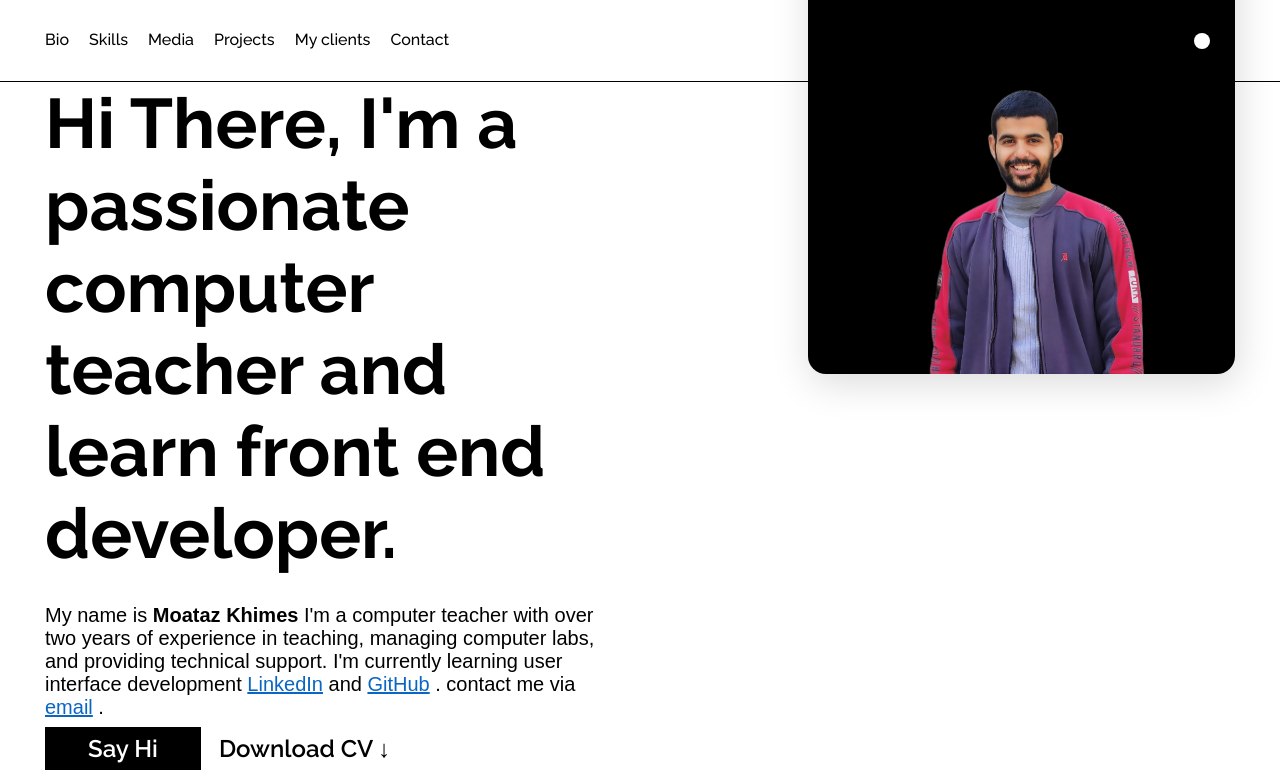
Repository: moataz305G/Personal-website
Page: index.html
The author's editor kept a copy of each file at every save. The page is drawn from the files as they stood at one save, then again after the next save.
The browser window is 1280 px wide. The pictures show the whole page.

Above is the page before, as saved 2025-12-13 10:22:38.

### index.html
<!DOCTYPE html>
<html lang="en">
  <head>
    <meta charset="UTF-8" />

    <meta name="viewport" content="width=device-width, initial-scale=1.0" />
    <link rel="preconnect" href="https://fonts.googleapis.com" />
    <link rel="preconnect" href="https://fonts.gstatic.com" crossorigin />
    <link
      href="https://fonts.googleapis.com/css2?family=Raleway:ital,wght@0,100..900;1,100..900&display=swap"
      rel="stylesheet"
    />

    <link rel="stylesheet" href="Style.css" />
    <title class="title">Moataz khimes</title>
  </head>
  <body>
    <div class="container">
      <header class="header">
        <nav class="navigation">
          <ul class="navigation__list">
            <li><a href="#" class="navigation__link">Bio</a></li>
            <li><a href="#" class="navigation__link">Skills</a></li>
            <li><a href="#" class="navigation__link">Media</a></li>
            <li><a href="#" class="navigation__link">Projects</a></li>
            <li><a href="#" class="navigation__link">My clients</a></li>
            <li><a href="#" class="navigation__link">Contact</a></li>
          </ul>
        </nav>

        <div class="toggle">
          <h3 class="toggle__title">Switch Theme</h3>
          <input
            type="checkbox"
            name="toggle checkbox"
            id="toggle"
            class="toggle__checkbox"
          />
          <label for="toggle" class="toggle__label"></label>
        </div>
      </header>

      <section id="bio" class="bio section">
        <div class="bio__content">
          <h1 class="bio__heading">
            Hi There, I'm a passionate computer teacher and learn front end
            developer.
          </h1>
          <p class="bio__objeactive">
            My name is <span class="bio__name">Moataz Khimes</span>
            I'm a computer teacher with over two years of experience in
            teaching, managing computer labs, and providing technical support.
            I'm currently learning user interface development
            <a
              href="https://www.linkedin.com/in/moataz-khimes-53586223b/"
              class="bio__linkedin"
              >LinkedIn</a
            >
            and
            <a href="https://github.com/moataz305G" class="bio__github"
              >GitHub</a
            >
            . contact me via
            <a href="mutazkhmes@gmail.com" class="bio__email">email</a>
            .
          </p>
          <a href="#" class="bio__links say-hi-link">Say Hi</a>
          <a href="#" class="bio__links find-out-link"
            >Download CV <span class="bio__arrow">↓</span></a
          >
        </div>
        <div class="bio__pic-content">
          <img
            class="bio__pic"
            src="images/personal-pic.png"
            alt="image of moataz khimes"
          />
        </div>
      </section>
    </div>
  </body>
</html>

### Style.css
:root {
  --container-width: 119rem;
  --guter: 6rem;

  --color-black: #000;
  --color-white: #fff;
  --color-blue: #2374e1;
  --color-lite-blue: #1d9bf0;
  --color-dark-blue: #0a66c2;
  --color-darker-blue: #143ce8;
  --color-red: #ff0000;
  --color-green: #03a696;
  --color-gray: #f6f6f6;
  --color-dark-green: #42959b;

  --color-background: var(--color-white);
  --color-text: var(--color-black);
  --color-box-img: var(--color-black);
  --color-link-bg: var(--color-black);
  --color-input-border: var(--color-black);

  --font-family-raleway: "Raleway", sans-serif;
  --font-family-poppins: "Poppins", sans-serif;

  --font-weight-regular: 400;
  --font-weight-medium: 500;
  --font-weight-semi-bold: 600;
  --font-weight-bold: 700;

  --font-size-70: 7rem;
  --font-size-65: 6.5rem;
  --font-size-40: 4rem;
  --font-size-38: 3.8rem;
  --font-size-24: 2.4rem;
  --font-size-22: 2.2rem;
  --font-size-20: 2rem;
  --font-size-18: 1.8rem;
  --font-size-15: 1.5rem;

  --transition-timing: 0.3s;
}
/* CSS Reset */
* {
  margin: 0;
  padding: 0;
}

*,
*::after,
*::before {
  box-sizing: border-box;
}

a {
  color: inherit;
  display: inline-block;
}

button {
  background-color: transparent;
  border: none;
  cursor: pointer;
}

ul,
ol {
  list-style: none;
}
/* END CSS Reset */
html {
  font-size: 62.5%;
  scroll-behavior: smooth;
  scroll-padding-top: 11rem;
}

body {
  font-size: 1.6rem;
  font-family: var(--font-family-raleway);
  background-color: var(--color-background);
  color: var(--color-text);
}

.container {
  max-width: var(--container-width);
  margin: 0 auto;
}
header {
  position: relative;
  padding: 3rem 0;
  display: flex;
  justify-content: center;
  z-index: 0;
}
.header::before {
  content: "";
  position: absolute;
  height: 100%;
  width: 100vw;
  border-bottom: 0.1rem solid var(--color-black);
  top: 0;
  z-index: -1;
}

.navigation__list {
  display: flex;
  gap: 2rem;
}
.navigation__link:link,
.navigation__link:visited {
  text-decoration: none;
  font-weight: var(--font-weight-medium);
}
.navigation__link:hover,
.navigation__link:active {
  text-decoration: underline;
  color: var(--color-text);
}

/* Toggle */
.toggle {
  display: flex;
  gap: 1rem;
  margin-left: auto;
}
.toggle__title {
  font-weight: var(--font-weight-medium);
  font-size: var(--font-size-18);
}

.toggle__checkbox {
  display: none;
}

.toggle__label {
  display: block;
  position: relative;
  background-color: var(--color-black);
  border-radius: 1.5rem;
  width: 4.5rem;
  height: 2.2rem;
  cursor: pointer;
  padding: 0.3rem 0.4rem;
  transition: 0.3s;
}

.toggle__label::after {
  content: "";
  display: block;
  width: 1.6rem;
  height: 1.6rem;
  border-radius: 50%;
  background-color: var(--color-white);
  transition: 0.3s;
}

.toggle__checkbox:checked + .toggle__label {
  background-color: var(--color-white);
}
.toggle__checkbox:checked + .toggle__label::after {
  transform: translateX(2.1rem);
  background-color: var(--color-green);
}

/* End Toggle */

.section {
  display: grid;
  grid-template-columns: repeat(2, auto);
  align-items: start;
}

/* Bio */
.bio {
  grid-gap: 7.4rem;
  grid-template-columns: repeat(2, 1fr);
}

.bio__heading {
  font-size: var(--font-size-70);
  font-weight: var(--font-weight-bold);
}

.bio__objeactive {
  font-family: var(--font-family-poppins);
  font-weight: var(--font-weight-regular);
  font-size: var(--font-size-20);
  margin: 3rem 0 0.8rem;
}

.bio__name {
  font-weight: var(--font-weight-semi-bold);
}
.bio__linkedin,
.bio__github,
.bio__email {
  color: var(--color-dark-blue);
}

.bio__links {
  font-size: 2.4rem;
  font-weight: var(--font-weight-semi-bold);
  text-decoration: none;
}

.say-hi-link {
  background-color: var(--color-link-bg);
  color: var(--color-white);
  padding: 0.7rem 4.3rem;
}

.find-out-link {
  padding: 0.7rem 0;
  margin-inline-start: 1.4rem;
}

@keyframes jump {
  0% {
    transform: translatey(0.5rem);
  }
  35% {
    transform: translatey(-0.5rem);
  }
  70% {
    transform: translatey(0);
  }
  100% {
    transform: translatey(0);
  }
}

.bio__arrow {
  display: inline-block;
  animation: jump 1s infinite alternate ease-in-out;
}

.bio__pic-content {
  display: flex;
  position: relative;
  align-items: flex-end;
  justify-self: end;
}

.bio__pic-content::before {
  content: "";
  position: absolute;
  background-color: var(--color-box-img);
  width: 100%;
  height: 46rem;
  border-radius: 1.8rem;
  z-index: -1;
  box-shadow: 2.17543px 8.7017px 38.0669px rgba(0, 0, 0, 0.15);
}
.bio__pic {
  width: 42.7rem;
}

After the next save:
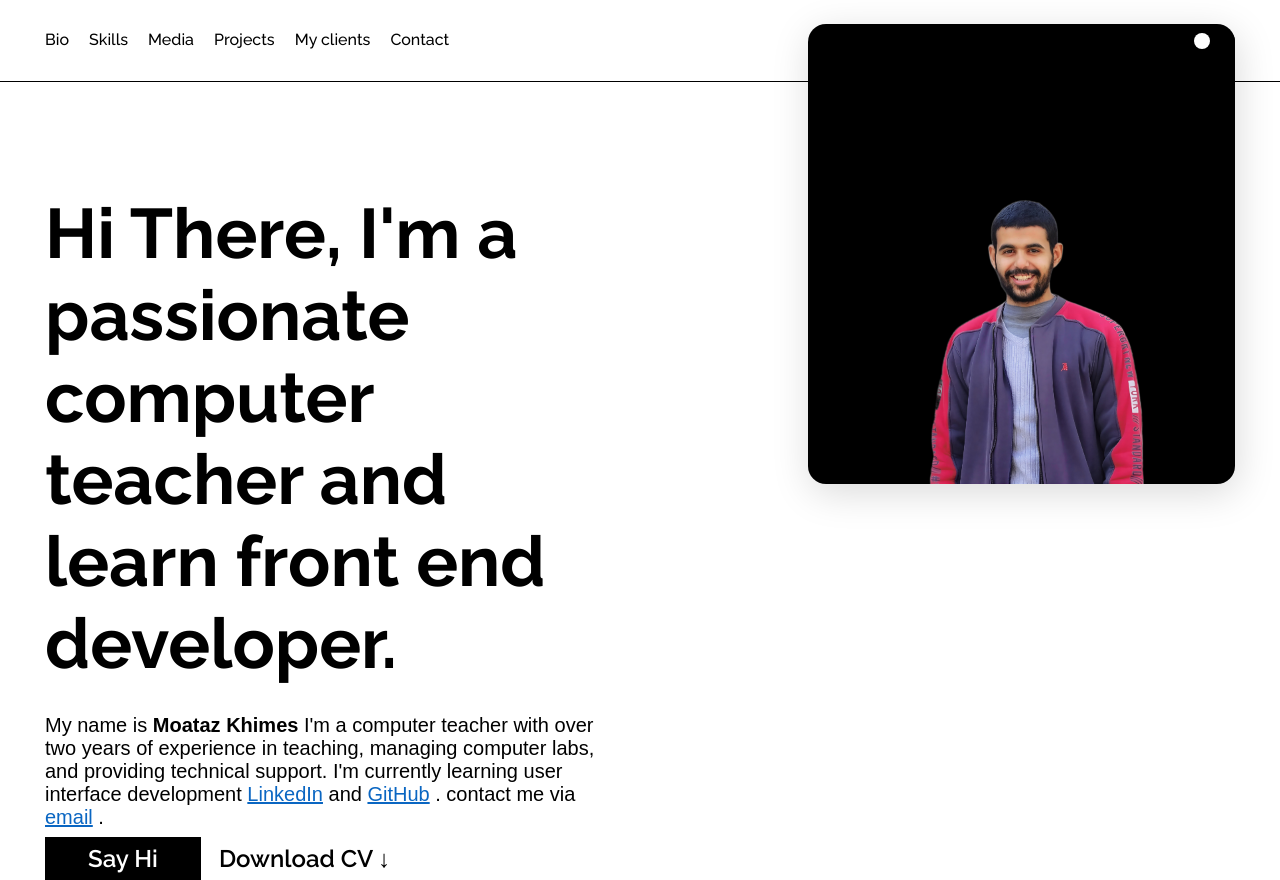
Saved 4 min 9 s later.
--- a/Style.css
+++ b/Style.css
@@ -81,6 +81,9 @@ body {
 }
 
 .container {
+  display: grid;
+  row-gap: 11rem;
+
   max-width: var(--container-width);
   margin: 0 auto;
 }
